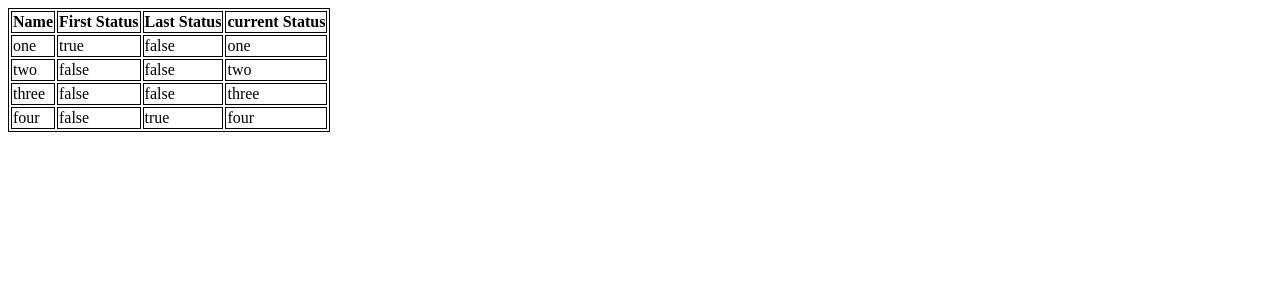
Repository: anushkammp/abc
Page: http://localhost/JSTLDemo/forEach.jsp
The author's editor kept a copy of each file at every save. The page is drawn from the files as they stood at one save, then again after the next save.
The browser window is 1280 px wide. The pictures show the whole page.
The page is served by Tomcat 9. Other server files are loaded and not shown.

Above is the page before, as saved 2018-08-20 10:07:32.

### JSTLDemo/WebContent/forEach.jsp
<%@ page language="java" contentType="text/html; charset=ISO-8859-1"
    pageEncoding="ISO-8859-1"%>
<%@taglib prefix="c" uri="http://java.sun.com/jsp/jstl/core"%>
<!DOCTYPE html>
<html>
<head>
<meta charset="ISO-8859-1">
<title>For Each</title>
<style>
table, th, td {
    border: 1px solid black;
}
</style>
</head>
<body>

<%
	String[] num={"one","two","three","four"};
	pageContext.setAttribute("numbers",num);
	%>
	<table  border="1">
	<th>Name</th>
	<th>First Status</th>
	<th>Last Status</th>
	<th>current Status</th>
		<c:forEach var="mynum" varStatus="st" items="${numbers }">
		<tr>
			<td><c:out value="${mynum }"></c:out></td>
			<td><c:out value="${st.first }"></c:out></td>
			<td><c:out value="${st.last }"></c:out></td>
			<td><c:out value="${st.current }"></c:out></td>
		</c:forEach>
	</table>

</body>
</html>

After the next save:
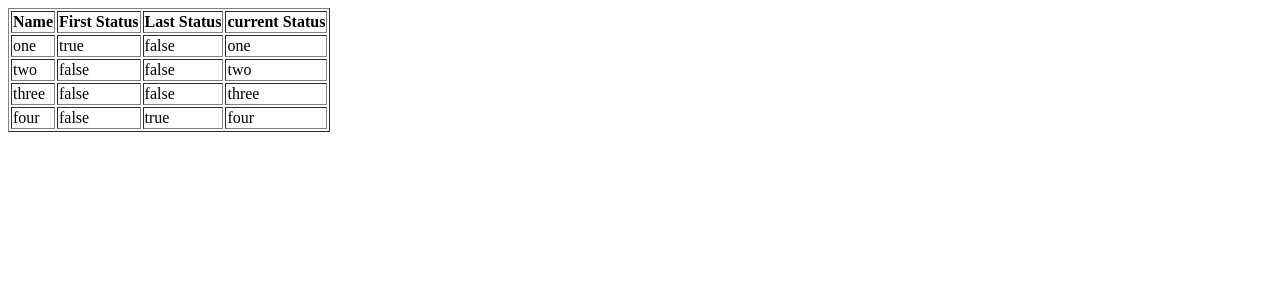
Saved 18 s later.
--- a/JSTLDemo/WebContent/forEach.jsp
+++ b/JSTLDemo/WebContent/forEach.jsp
@@ -6,11 +6,6 @@
 <head>
 <meta charset="ISO-8859-1">
 <title>For Each</title>
-<style>
-table, th, td {
-    border: 1px solid black;
-}
-</style>
 </head>
 <body>
 
